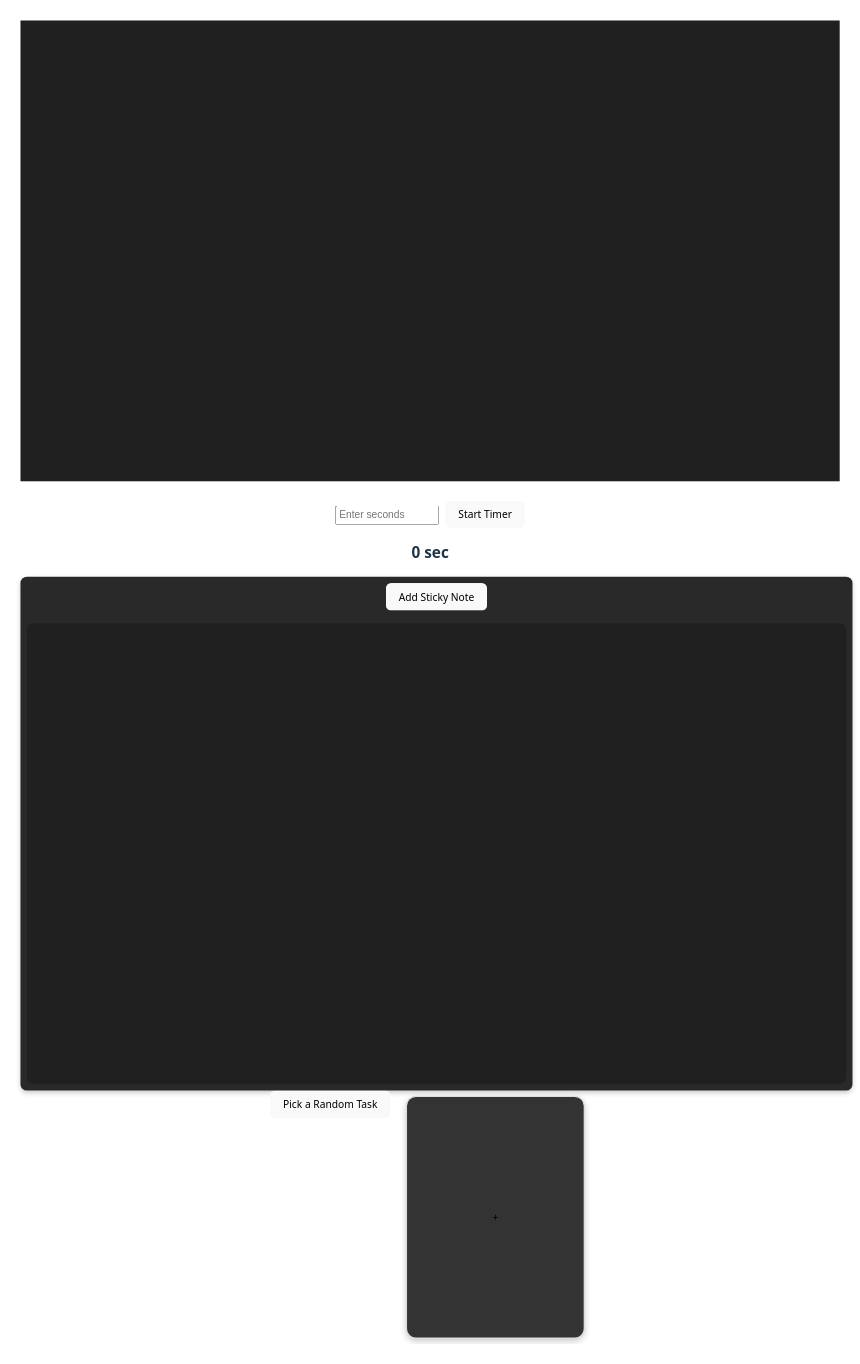
Repository: RamSivaSundaraKarthykeyan/Cards-Task
Page: /
These files come from the project's save history. The page is drawn as it stood at one moment and after the next save; the edit follows.
The browser window is 1280 px wide. The page is 1344 px wide, so the pictures cover 1344 px, including what lies to the right of the window. The pictures show the whole page, at 64% of full size.
The project was rebuilt for these pictures with package versions that can differ from the ones it lists, and the page was loaded fresh each time. Also part of the build but not shown: vite.config.js, src/CSS/checkBox.css, src/components/CheckBox.jsx, src/CSS/TaskCard.css, src/components/TaskCard.jsx.

Above is the page before, as saved 2025-04-16 19:53:21.

### index.html
<!doctype html>
<html lang="en">
  <head>
    <meta charset="UTF-8" />
    <link rel="icon" type="image/svg+xml" href="/vite.svg" />
    <meta name="viewport" content="width=device-width, initial-scale=1.0" />
    <title>New To-Do</title>
  </head>
  <body>
    <div id="root"></div>
    <script type="module" src="/src/main.jsx"></script>
  </body>
</html>

### src/main.jsx
import React, { StrictMode } from "react";
import { createRoot } from "react-dom/client";
import "./CSS/index.css";
import App from "./App.jsx";

createRoot(document.getElementById("root")).render(
  <StrictMode>
    <App />
  </StrictMode>
);

### src/App.jsx
import React from "react";
import "./CSS/App.css";
import Deck from "./components/Deck.jsx";
import { TaskCardProvider } from "./context/TaskCardContext.jsx";
import Timer from "./components/Timer.jsx";
import StickyNotes from "./components/StickyNotes.jsx";

function App() {
  return (
    <>
      <div className="app-container"></div>
      <div className="sidebar">
        <Timer />
        <div className="sticky-note">
          <StickyNotes />
        </div>
      </div>
      <div className="main-content">
        <TaskCardProvider>
          <Deck />
        </TaskCardProvider>
      </div>
    </>
  );
}

export default App;

### src/CSS/App.css
#root {
  max-width: 1280px;
  margin: 0 auto;
  padding: 2rem;
  text-align: center;
}

.logo {
  height: 6em;
  padding: 1.5em;
  will-change: filter;
  transition: filter 300ms;
}
.logo:hover {
  filter: drop-shadow(0 0 2em #646cffaa);
}
.logo.react:hover {
  filter: drop-shadow(0 0 2em #61dafbaa);
}

@keyframes logo-spin {
  from {
    transform: rotate(0deg);
  }
  to {
    transform: rotate(360deg);
  }
}

@media (prefers-reduced-motion: no-preference) {
  a:nth-of-type(2) .logo {
    animation: logo-spin infinite 20s linear;
  }
}

.card {
  padding: 2em;
}

.read-the-docs {
  color: #888;
}

.app-container {
  display: flex;
  flex-direction: row;
  /* Left-to-right layout */
  width: 100vw;
  height: 100vh;
  background-color: #202020;
  /* Same dark background */
}

.main-content {
  flex: 1;
  /* Takes up remaining width */
  position: relative;
  overflow: hidden;
  /* Keep notes within the screen, or remove if you want scroll */
}

.sticky-note {
  position: relative;
  /* Stays where you place it via top/left */
  width: 100%;
  /* Or any narrower size */
  min-height: 150px;
  background: #292929;
  /* The note’s color */
  padding: 10px;
  box-shadow: 0 4px 8px rgba(0, 0, 0, 0.2);
  cursor: move;
  user-select: none;
  border-radius: 10px;
  overflow: "hidden",
}

.sticky-note textarea {
  width: 100%;
  height: 100%;
  background: transparent;
  border: none;
  resize: none;
  outline: none;
  color: #000000;
  font-size: 14px;
}

### src/components/Deck.jsx
import React, { useRef, useEffect } from "react";
import TaskCard from "./TaskCard.jsx";
import { useTaskCardContext } from "../context/TaskCardContext.jsx";
import "../CSS/Deck.css";

function Deck() {
  const {
    taskCards,
    addTaskCard,
    removeTaskCard,
    pickRandomTaskCard,
    selectedTaskId,
  } = useTaskCardContext();

  const inputRef = useRef({});

  const handleAddTaskCard = () => {
    const newId =
      taskCards.length === 0 ? 1 : taskCards[taskCards.length - 1].id + 1;
    addTaskCard({ id: newId });
    inputRef.current[newId] = React.createRef();
  };

  const handlePickRandomTaskCard = () => {
    const randomTaskCard = pickRandomTaskCard();
    if (randomTaskCard) {
      alert(`random Task Card:\nIDl: ${randomTaskCard.id}`);
    } else {
      alert(`No Task Cards Available!`);
    }
  };

  useEffect(() => {
    if (taskCards.length > 0) {
      const lastTaskCard = taskCards[taskCards.length - 1];
      inputRef.current[lastTaskCard.id]?.current?.focus();
    }
  }, [taskCards]);

  return (
    <div
      style={{ display: "flex", flexWrap: "wrap", gap: "16px" }}
      className="deck"
    >
      <button onClick={handlePickRandomTaskCard}> Pick a Random Task </button>
      <button className="task-card-add-button" onClick={handleAddTaskCard}>
        +
      </button>
      {taskCards.map((tc) => (
        <TaskCard
          id={tc.id}
          key={tc.id}
          removeTask={() => removeTaskCard(tc.id)}
          inputRef={inputRef.current[tc.id]}
          isSelected={tc.id === selectedTaskId}
        />
      ))}
    </div>
  );
}

export default Deck;

### src/context/TaskCardContext.jsx
import React, { createContext, useContext, useState } from "react";

const TaskCardContext = createContext();

export function TaskCardProvider({ children }) {
  const [taskCards, setTaskCards] = useState([]);
  const [selectedTaskId, setSelectedTaskId] = useState(null);

  const addTaskCard = (taskCard) => setTaskCards((prev) => [...prev, taskCard]);
  const removeTaskCard = (id) =>
    setTaskCards((prev) => prev.filter((tc) => tc.id !== id));

  const pickRandomTaskCard = () => {
    if (taskCards.length === 0) return null;
    const randomIndex = Math.floor(Math.random() * taskCards.length);
    const randomCard = taskCards[randomIndex];
    setSelectedTaskId(randomCard.id);
    return randomCard;
  };

  return (
    // any component that consumes this context will have access to these value objects
    <TaskCardContext.Provider
      value={{
        taskCards,
        addTaskCard,
        removeTaskCard,
        pickRandomTaskCard,
        selectedTaskId,
      }}
    >
      {children}
    </TaskCardContext.Provider>
  );
}

export function useTaskCardContext() {
  return useContext(TaskCardContext);
}

### src/components/Timer.jsx
import React, { useState, useEffect, useRef } from "react";

function Timer() {
  // State to hold the remaining time (in seconds)
  const [time, setTime] = useState(0);
  // State to store the input value from the user
  const [inputValue, setInputValue] = useState("");
  // State to indicate if the timer is running
  const [isRunning, setIsRunning] = useState(false);

  // Ref to store the timer id from setTimeout so it can be cleared if needed
  const timerRef = useRef(null);
  // Ref to store the audio element so we can trigger playback
  const audioRef = useRef(null);

  // useEffect to handle the countdown
  useEffect(() => {
    // If the timer is running and time is not zero, schedule a timeout to decrease time by one second.
    if (isRunning && time > 0) {
      timerRef.current = setTimeout(() => {
        setTime(time - 1);
      }, 1000);
    }
    // When the time reaches zero while the timer is running, play the sound and stop the timer.
    else if (isRunning && time === 0) {
      // Play the sound if the audio element is ready
      if (audioRef.current) {
        audioRef.current.play();
      }
      setIsRunning(false);
    }
    // Cleanup function to clear the timeout if the component re-renders or unmounts.
    return () => clearTimeout(timerRef.current);
  }, [isRunning, time]);

  // Function to start the timer based on the user input
  const startTimer = () => {
    // Convert the input value to an integer (assuming the input is in seconds)
    const seconds = parseInt(inputValue, 10);
    if (!isNaN(seconds) && seconds > 0) {
      setTime(seconds);
      setIsRunning(true);
    }
  };

  return (
    <div style={{ textAlign: "center", marginTop: "30px" }}>
      <input
        type="number"
        value={inputValue}
        onChange={(e) => setInputValue(e.target.value)}
        placeholder="Enter seconds"
        style={{ fontSize: "16px", padding: "4px", width: "150px" }}
      />
      <button
        onClick={startTimer}
        style={{ marginLeft: "10px", fontSize: "16px" }}
      >
        Start Timer
      </button>
      <h2 style={{ marginTop: "20px" }}>{time} sec</h2>
      {/* Audio element plays sound when time is up. Ensure sound.mp3 is available in your public folder or change the src to a valid URL */}
      <audio ref={audioRef}>
        <source src="/alarm.mp3" type="audio/mpeg" />
        Your browser does not support the audio element.
      </audio>
    </div>
  );
}

export default Timer;

### src/components/StickyNotes.jsx
import React, { useState, useEffect } from "react";

function StickyNotes() {
  const [notes, setNotes] = useState([]);
  const [draggingId, setDraggingId] = useState(null);
  const [offset, setOffset] = useState({ x: 0, y: 0 });

  const addNote = () => {
    const newNote = {
      id: Date.now(),
      content: "",
      x: 50,
      y: 50,
    };
    setNotes([...notes, newNote]);
  };

  const handleMouseDown = (e, id) => {
    const note = notes.find((n) => n.id === id);
    if (note) {
      setDraggingId(id);
      setOffset({
        x: e.clientX - note.x,
        y: e.clientY - note.y,
      });
    }
  };

  useEffect(() => {
    const handleMouseMove = (e) => {
      if (draggingId !== null) {
        setNotes((prevNotes) =>
          prevNotes.map((note) =>
            note.id === draggingId
              ? { ...note, x: e.clientX - offset.x, y: e.clientY - offset.y }
              : note
          )
        );
      }
    };

    const handleMouseUp = () => {
      setDraggingId(null);
    };

    if (draggingId !== null) {
      document.addEventListener("mousemove", handleMouseMove);
      document.addEventListener("mouseup", handleMouseUp);
    }

    return () => {
      document.removeEventListener("mousemove", handleMouseMove);
      document.removeEventListener("mouseup", handleMouseDown);
    };
  }, [draggingId, offset]);

  const updateContent = (id, content) => {
    setNotes((prevNotes) =>
      prevNotes.map((note) => (note.id === id ? { ...note, content } : note))
    );
  };

  return (
    <div>
      <button onClick={addNote} style={{ marginBottom: "20px" }}>
        Add Sticky Note
      </button>
      <div
        style={{
          position: "relative",
          height: "100vh",
          border: "none",
          background: "#202020",
          borderRadius: "10px",
          overflow: "hidden",
        }}
      >
        {notes.map((note) => (
          <div
            key={note.id}
            onMouseDown={(e) => handleMouseDown(e, note.id)}
            style={{
              position: "absolute",
              top: note.y,
              left: note.x,
              width: "200px",
              minHeight: "150px",
              background: "yellow",
              padding: "10px",
              cursor: "move",
              boxShadow: "0 4px 8px rgba(0,0,0,0.2)",
              userSelect: "none",
            }}
          >
            <textarea
              value={note.content}
              onChange={(e) => updateContent(note.id, e.target.value)}
              placeholder="Enter your note"
              style={{
                width: "100%",
                height: "100%",
                background: "transparent",
                border: "none",
                resize: "none",
                outline: "none",
                color: "black",
              }}
            />
          </div>
        ))}
      </div>
    </div>
  );
}

export default StickyNotes;

### src/CSS/Deck.css
.task-card-add-button {
    width: 280px;
    height: 380px;
    margin: 8px;
    display: flex;
    justify-content: center;
    align-items: center;
    border: 2px solid #ddd;
    border-radius: 16px;
    background: #333;
    box-shadow: 0 4px 10px rgba(0, 0, 0, 0.2);
    cursor: pointer;
    box-sizing: border-box;
    /* Ensures uniform size */
}

.task-card-add-button:hover {
    transform: scale(1.05);
    box-shadow: 0 6px 12px rgba(0, 0, 0, 0.2);
}

.deck {
    display: flex;
    flex-wrap: wrap;
    gap: 16px;
    justify-content: center;
    align-items: flex-start;
}

Loaded but not shown: src/index.css (common file)

After the next save:
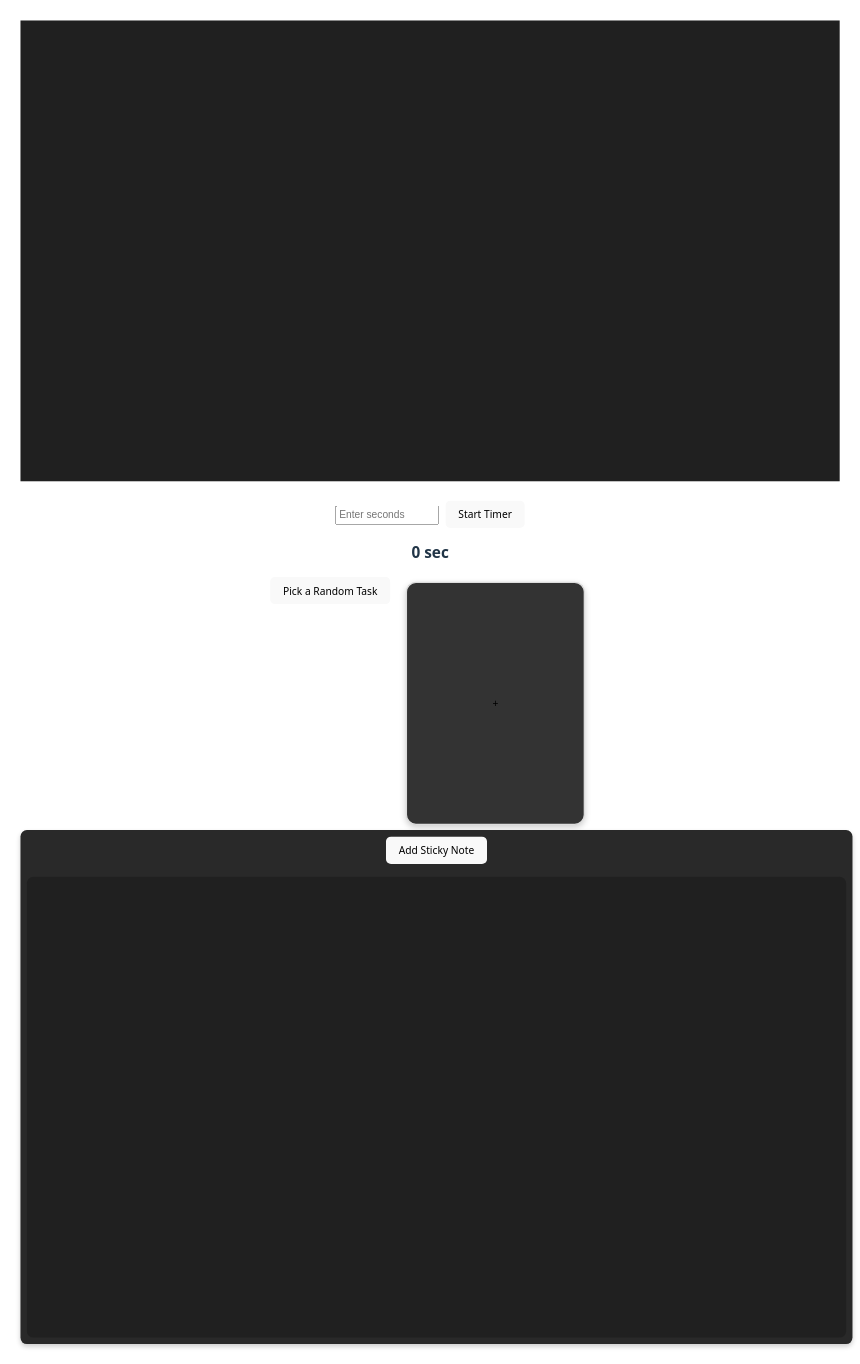
Saved 25 s later.
--- a/src/App.jsx
+++ b/src/App.jsx
@@ -11,15 +11,15 @@ function App() {
       <div className="app-container"></div>
       <div className="sidebar">
         <Timer />
-        <div className="sticky-note">
-          <StickyNotes />
-        </div>
       </div>
       <div className="main-content">
         <TaskCardProvider>
           <Deck />
         </TaskCardProvider>
       </div>
+      <div className="sticky-note">
+        <StickyNotes />
+      </div>
     </>
   );
 }
